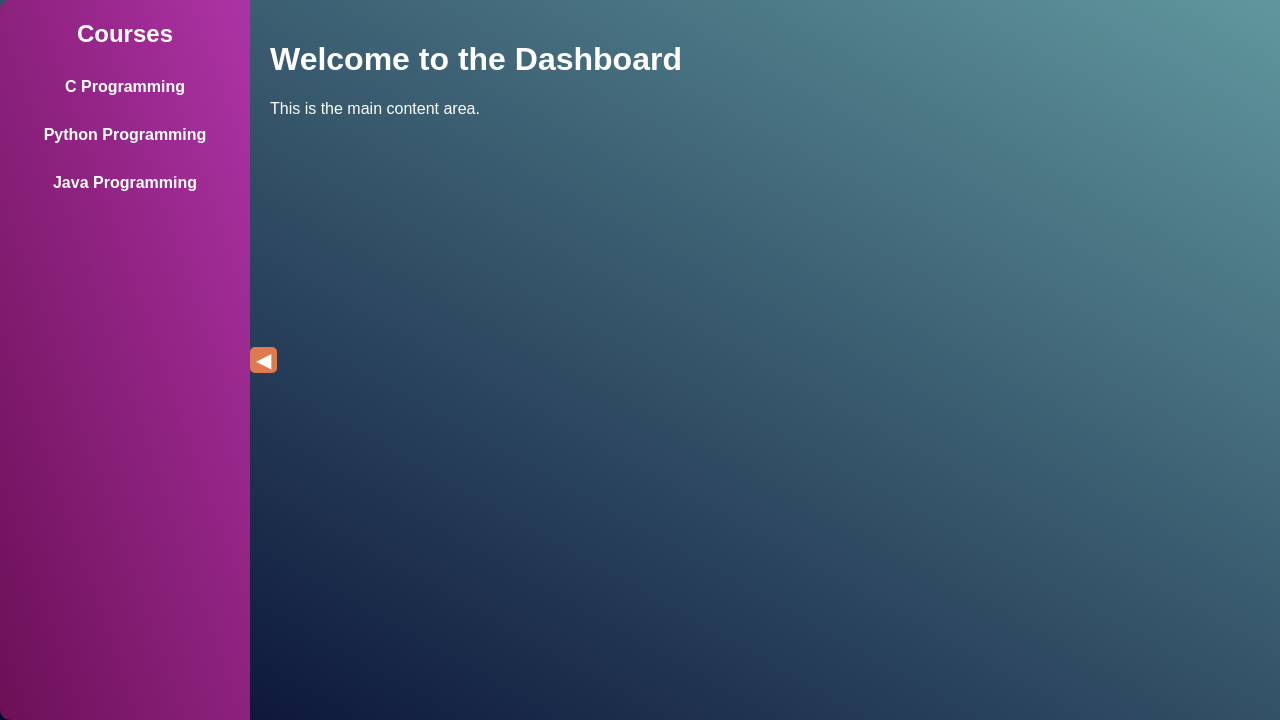
Repository: RishitSharma88/SeaGro
Page: templates/learningcourses.html
The author's editor kept a copy of each file at every save. The page is drawn from the files as they stood at one save, then again after the next save.
The browser window is 1280 px wide. The pictures show the whole page.
The template is drawn by Flask 3. The application's start-up code is not run. The template is opened directly, without the code that normally fills it, so the values that code supplies are empty.

Above is the page before, as saved 2024-12-27 14:49:17.

After the next save:
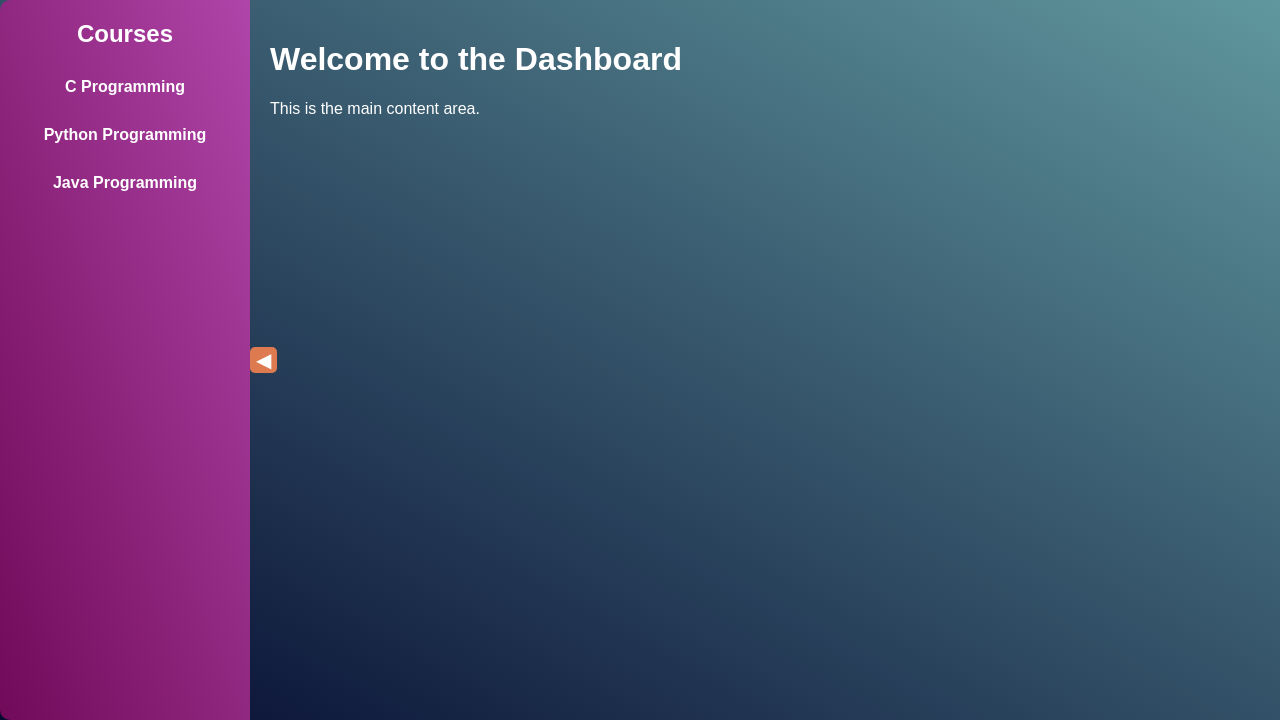
Saved 48 s later.
--- a/templates/learningcourses.html
+++ b/templates/learningcourses.html
@@ -17,7 +17,7 @@
         }
 
         .sidebar {
-            background: linear-gradient(to bottom left, #ad33a5, #6c1057);
+            background: linear-gradient(to bottom left, #af45a8, #710a59);
             color: #ffff;
             width: 250px;
             height: 100%;
